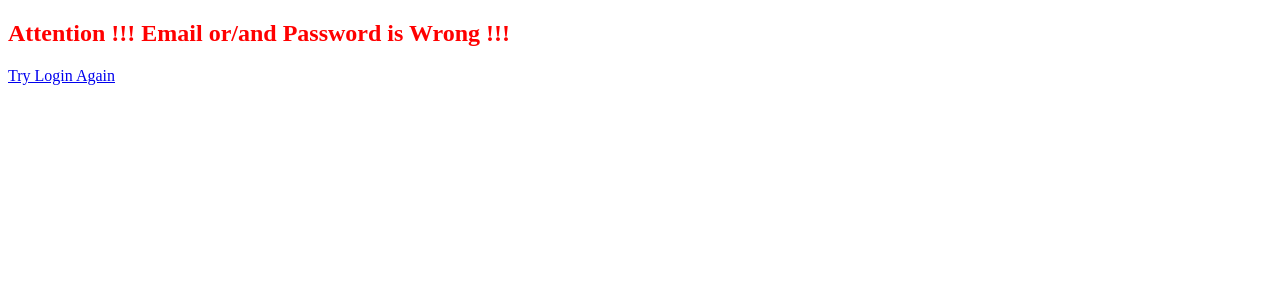
Repository: Shivani2392/FlyAwayProject
Page: http://localhost/FlightBookingPortal/Error2.jsp
An editor plug-in stored every save of this project. The page is shown before and after the next save, followed by the edit.
The browser window is 1280 px wide. The pictures show the whole page.
The page is served by Tomcat 9. Other server files are loaded and not shown.

Above is the page before, as saved 2020-11-22 12:49:30.

### FlightBookingPortal/src/main/webapp/Error2.jsp
<%@ page language="java" contentType="text/html; charset=ISO-8859-1"
    pageEncoding="ISO-8859-1"%>
<!DOCTYPE html>
<html>
<head>
<meta charset="ISO-8859-1">
<title>Errors</title>
</head>
<body>
<h2 style="color:red">Attention !!! Email or/and Password is Wrong !!!</h2>
<a href="login.jsp">Try Login Again</a>
</body>
</html>

After the next save:
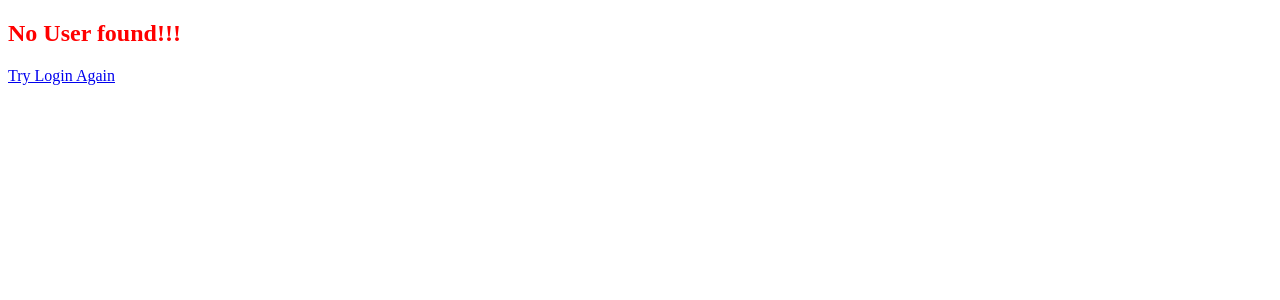
Saved 52 s later.
--- a/FlightBookingPortal/src/main/webapp/Error2.jsp
+++ b/FlightBookingPortal/src/main/webapp/Error2.jsp
@@ -7,7 +7,7 @@
 <title>Errors</title>
 </head>
 <body>
-<h2 style="color:red">Attention !!! Email or/and Password is Wrong !!!</h2>
+<h2 style="color:red">No User found!!!</h2>
 <a href="login.jsp">Try Login Again</a>
 </body>
 </html>
